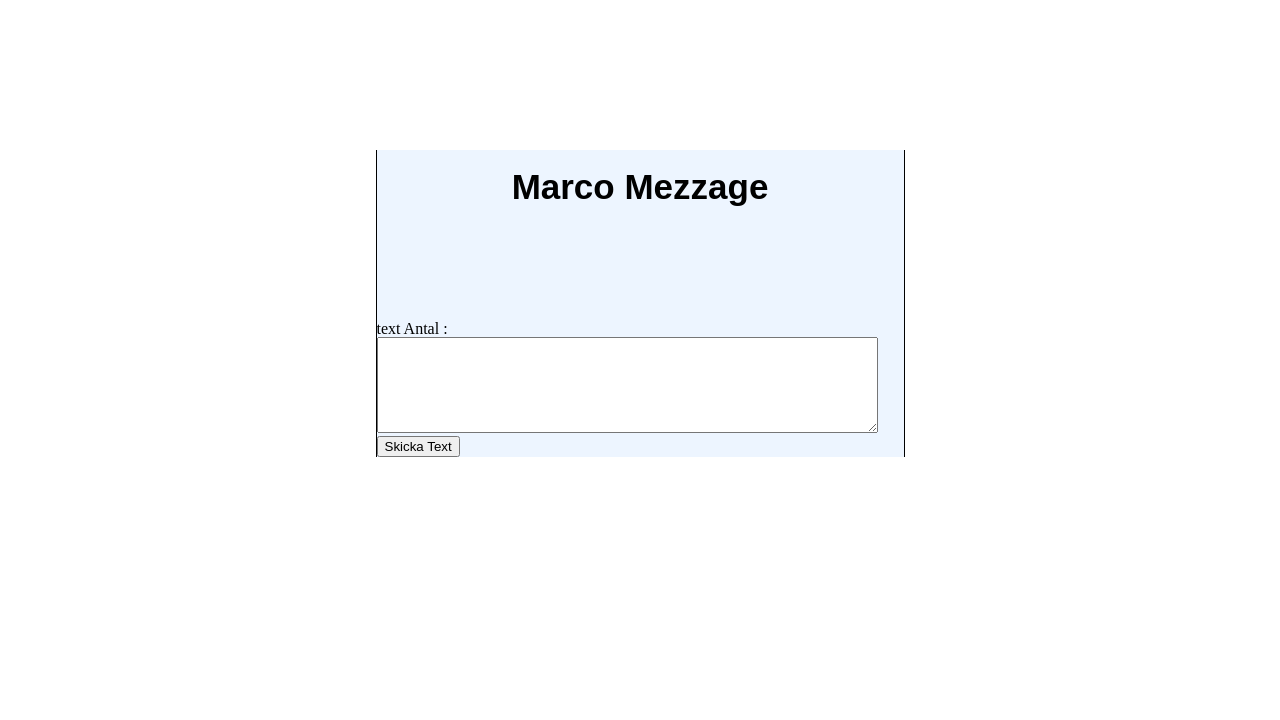
Repository: Marco30/1dv403-laborationer
Page: 2-labbymezzage/index.html
The author's editor kept a record of every edit. The page is drawn from the files as they stood at one moment, then again after the next edit.
The browser window is 1280 px wide. The pictures show the whole page.

Above is the page before.

### 2-labbymezzage/index.html
<!DOCTYPE html>

<html lang="sv">

<head>

	<meta charset="UTF-8" />

 	<title>Mezzage</title>

 	<link href="css/style.css" rel="stylesheet" type="text/css">

    <script src="js/Message.js"></script>

</head>

    <body>

        <div id="inramning"><!--*CSS läger text rutan i mitten-->

             <header><!--titel texten -->
                    <h1>Marco Mezzage</h1>
             </header>

           <main> <!--Alla meddelanden ska samlas här   -->

                <div id="textonpage"><!-- Här kommer jag lad in texten  -->

                </div>

                <div id="textruta">

                    <p>
                        <label id="count">text Antal : </label><!--Visar antal meddelanden som finns på sidan -->
                    </p>

                    <p>
                        <textarea id="text" cols="60" rows="6">
                        </textarea><!--Text ruta, där man kommer skriva in sina meddelanden -->
                    </p>

                    <button id="button">Skicka Text</button><!--Skicka Knapp, Man trycker på för att få upp meddelanden i sidan  -->

                </div>

           </main>

        </div>

    </body>
</html>

### 2-labbymezzage/css/style.css
 /* http://meyerweb.com/eric/tools/css/reset/
v2.0 | 20110126
License: none (public domain)
*/
html, body, div, span, applet, object, iframe,
h1, h2, h3, h4, h5, h6, p, blockquote, pre,
a, abbr, acronym, address, big, cite, code,
del, dfn, em, img, ins, kbd, q, s, samp,
small, strike, strong, sub, sup, tt, var,
b, u, i, center,
dl, dt, dd, ol, ul, li,
fieldset, form, label, legend,
table, caption, tbody, tfoot, thead, tr, th, td,
article, aside, canvas, details, embed,
figure, figcaption, footer, header, hgroup,
menu, nav, output, ruby, section, summary,
time, mark, audio, video {
margin: 0;
padding: 0;
border: 0;
font-size: 100%;
font: inherit;
vertical-align: baseline;
}
/* HTML5 display-role reset for older browsers */
article, aside, details, figcaption, figure,
footer, header, hgroup, menu, nav, section {
display: block;
}
body {
line-height: 1;
}
ol, ul {
list-style: none;
}
blockquote, q {
quotes: none;
}
blockquote:before, blockquote:after,
q:before, q:after {
content: '';
content: none;
}
table {
border-collapse: collapse;
border-spacing: 0;
}

/*Här börjar min CSS */

#inramning
{
width: 527px;
margin: 150px auto;
background-color: #EDF5FF;
border-left: 1px solid #000;
border-right: 1px solid #000;
}

header /* skappar rammen längs upp, den som har sidans namn */
{
height:171px;
}

header H1 /* ger H1 följande egenskaper som alltid är bundna till header div */
{
font-weight: bold;
line-height: 74px;
text-align:center;
 font-family: ‘Lucida Sans Unicode’, ‘Lucida Grande’, sans-serif;
font-size: 35px;
color:black;
}
#textfield {
    width: 500px;
    height: 300px;
    padding-top: 5px;
}

### 2-labbymezzage/js/Message.js
"use strict";

function Message(message, date) //Konstruktor som har tvo privata variabler, vi använder get och set för att koma åt dem
{

    this.getText = function()// används för att hämta en text
    {
        return message;
    };

    this.setText = function(_text)// används för att lägga till en text
    {
        message = _text;
    };

    this.getDate = function()
    {
        return date;
    };

    this.setDate = function(_date)
    {
        date = _date;
    };
}

Message.prototype.toString = function()
{
    return this.getText()+" ("+this.getDate()+")";
};

 /*var mess = new Message("marco", new Date());
 alert(mess);
 alert(mess.getText());
 mess.setText("enn annan text");
 alert(mess);*/

After the next edit:
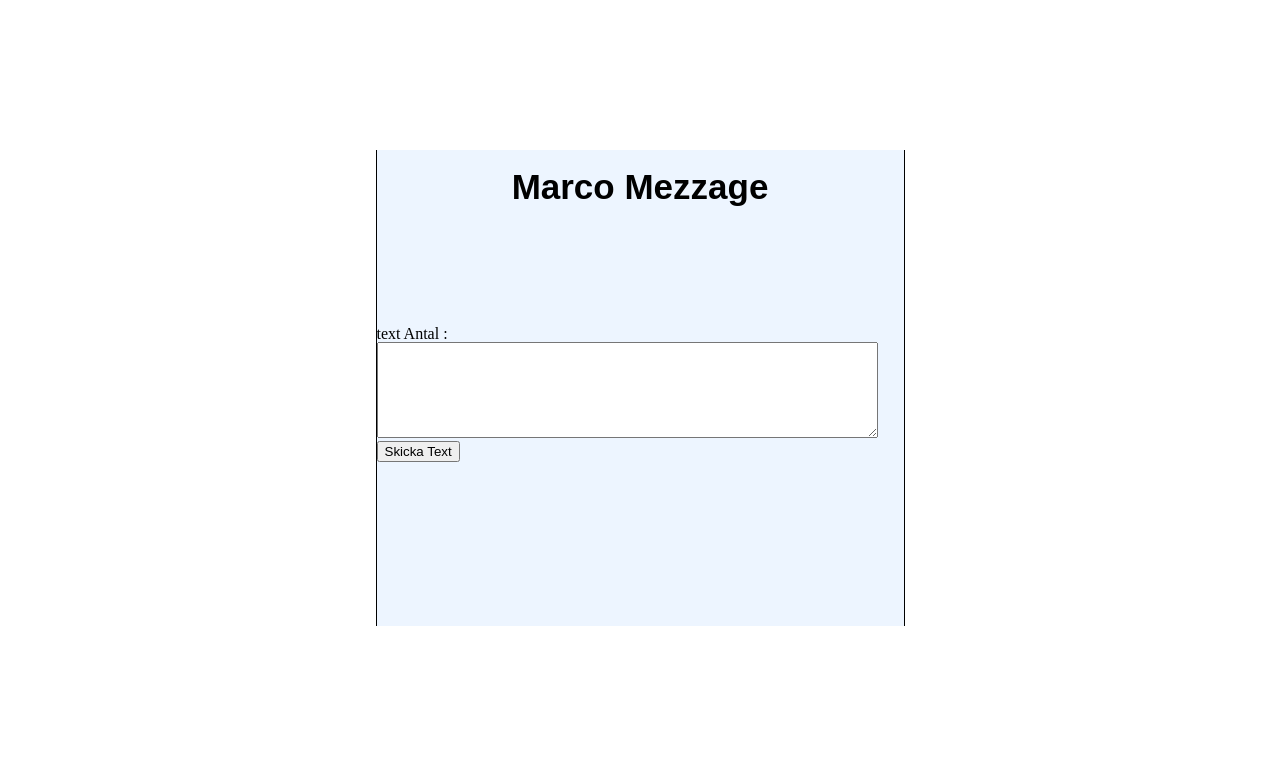
The edit:
--- a/2-labbymezzage/css/style.css
+++ b/2-labbymezzage/css/style.css
@@ -71,7 +71,8 @@
 font-size: 35px;
 color:black;
 }
-#textfield {
+#textruta
+{
     width: 500px;
     height: 300px;
     padding-top: 5px;
